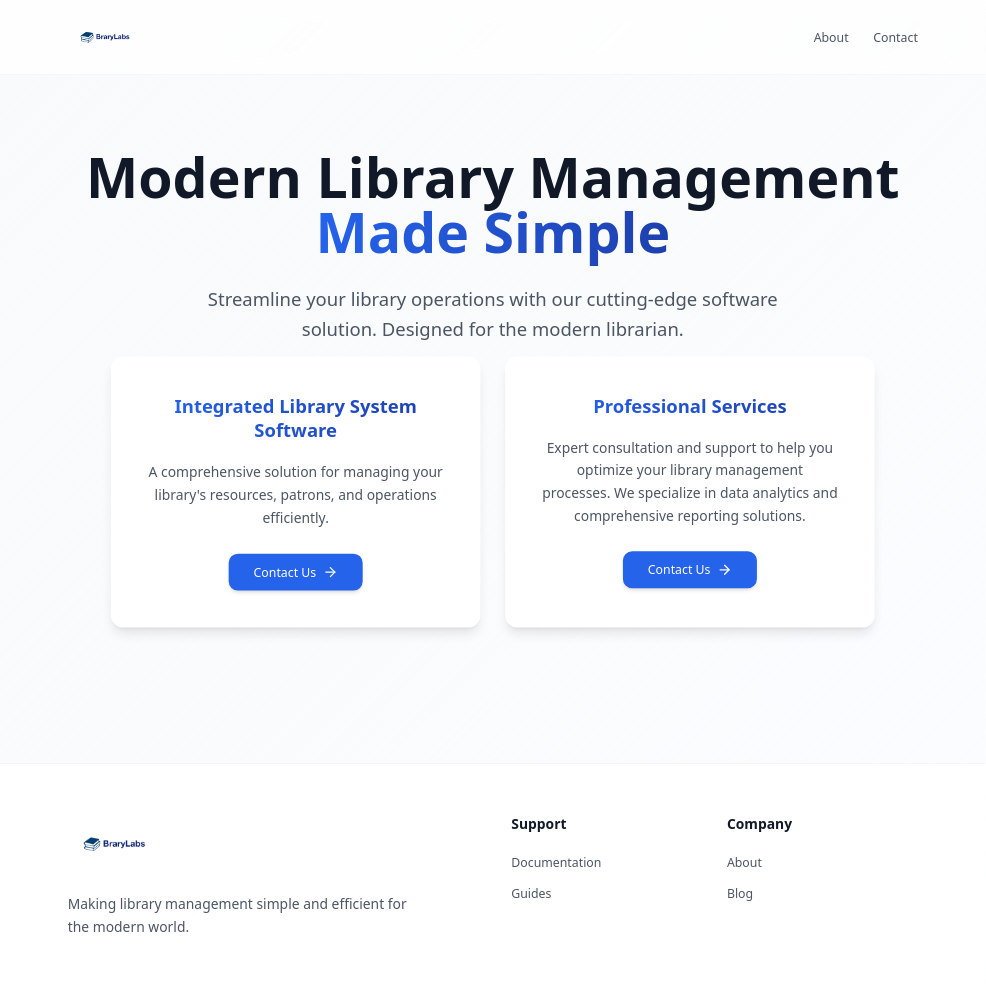
Repository: bgroble14/brarylabs-website
Page: /contact
These files come from the project's save history. The page is drawn as it stood at one moment and after the next save; the edit follows.
The browser window is 1280 px wide. The pictures show the whole page, at 77% of full size.
The project was rebuilt for these pictures with package versions that can differ from the ones it lists, and the page was loaded fresh each time. Also part of the build but not shown: vite.config.ts.

Above is the page before, as saved 2025-01-16 17:18:32.

### src/App.tsx
import React from 'react';
import { Book, ArrowRight } from 'lucide-react';

interface SectionProps {
  title: string;
  description: string;
}

const Section: React.FC<SectionProps> = ({ title, description }) => (
  <div className="w-full p-12 bg-white rounded-2xl shadow-lg hover:shadow-xl transition-all duration-300 flex flex-col items-center text-center relative overflow-hidden group">
    <div className="absolute inset-0 bg-gradient-to-br from-blue-50/50 to-transparent opacity-0 group-hover:opacity-100 transition-opacity duration-300" />

    <div className="relative z-10">
      <h3 className="text-2xl font-semibold mb-6 bg-clip-text text-transparent bg-gradient-to-r from-blue-600 to-blue-800">
        {title}
      </h3>
      <p className="text-gray-600 mb-8 text-lg leading-relaxed max-w-md">
        {description}
      </p>
      <button className="bg-blue-600 text-white px-8 py-3 rounded-xl hover:bg-blue-700 flex items-center mx-auto font-medium shadow-md hover:shadow-lg transition-all duration-300 group/button">
        Contact Us
        <ArrowRight className="ml-2 h-5 w-5 transform group-hover/button:translate-x-1 transition-transform" />
      </button>
    </div>
  </div>
);

function App() {
  return (
    <div className="min-h-screen bg-gradient-to-br from-gray-50 to-blue-50/30">
      {/* Navigation */}
      <nav className="bg-white/80 backdrop-blur-md sticky top-0 z-50 border-b border-gray-100">
        <div className="max-w-6xl mx-auto px-6 py-4">
          <div className="flex justify-between items-center">
            <div className="flex items-center space-x-3">
              <div className="flex items-center group">
                <img
                  src="/logo-transparent.png"
                  alt="BraryLabs Logo"
                  className="h-16 w-auto transform group-hover:scale-110 transition-transform duration-300 mix-blend-multiply"
                />
              </div>
            </div>
            <div className="flex space-x-8">
              <a href="#about" className="text-gray-600 hover:text-blue-600 transition-colors font-medium">About</a>
              <a href="#contact" className="text-gray-600 hover:text-blue-600 transition-colors font-medium">Contact</a>
            </div>
          </div>
        </div>
      </nav>

      {/* Hero Section */}
      <div className="relative overflow-hidden">
        <div className="max-w-6xl mx-auto px-6 pt-24 pb-20">
          <div className="text-center relative z-10">
            <h1 className="text-5xl md:text-7xl font-bold mb-8 leading-tight">
              <span className="text-gray-900">Modern Library Management</span>
              <br />
              <span className="bg-clip-text text-transparent bg-gradient-to-r from-blue-600 to-blue-800">
                Made Simple
              </span>
            </h1>
            <p className="text-2xl text-gray-600 mb-4 max-w-3xl mx-auto font-medium leading-relaxed">
              Streamline your library operations with our cutting-edge software solution.
              Designed for the modern librarian.
            </p>

            {/* Service Sections */}
            <div className="grid md:grid-cols-2 gap-8 max-w-5xl mx-auto px-4">
              <Section
                title="Integrated Library System Software"
                description="A comprehensive solution for managing your library's resources, patrons, and operations efficiently."
              />
              <Section
                title="Professional Services"
                description="Expert consultation and support to help you optimize your library management processes. We specialize in data analytics and comprehensive reporting solutions."
              />
            </div>
          </div>
        </div>
      </div>

      {/* Footer */}
      <footer className="bg-white mt-24 border-t border-gray-100">
        <div className="max-w-6xl mx-auto px-6 py-16">
          <div className="grid md:grid-cols-2 gap-12">
            <div>
              <div className="flex items-center space-x-2 mb-6">
                <img
                  src="/logo-transparent.png"
                  alt="BraryLabs Logo"
                  className="h-20 w-auto mix-blend-multiply"
                />
              </div>
              <p className="text-gray-600 text-lg leading-relaxed max-w-md">
                Making library management simple and efficient for the modern world.
              </p>
            </div>
            <div className="grid grid-cols-2 gap-8">
              <div>
                <h3 className="font-semibold text-lg mb-6 text-gray-900">Support</h3>
                <ul className="space-y-4">
                  <li>
                    <a href="#docs" className="text-gray-600 hover:text-blue-600 transition-colors">
                      Documentation
                    </a>
                  </li>
                  <li>
                    <a href="#guides" className="text-gray-600 hover:text-blue-600 transition-colors">
                      Guides
                    </a>
                  </li>
                </ul>
              </div>
              <div>
                <h3 className="font-semibold text-lg mb-6 text-gray-900">Company</h3>
                <ul className="space-y-4">
                  <li>
                    <a href="#about" className="text-gray-600 hover:text-blue-600 transition-colors">
                      About
                    </a>
                  </li>
                  <li>
                    <a href="#blog" className="text-gray-600 hover:text-blue-600 transition-colors">
                      Blog
                    </a>
                  </li>
                </ul>
              </div>
            </div>
          </div>
        </div>
      </footer>
    </div>
  );
}

export default App;

Loaded but not shown: index.html (common file); src/main.tsx (common file); src/index.css (common file); tailwind.config.js (common file)

After the next save:
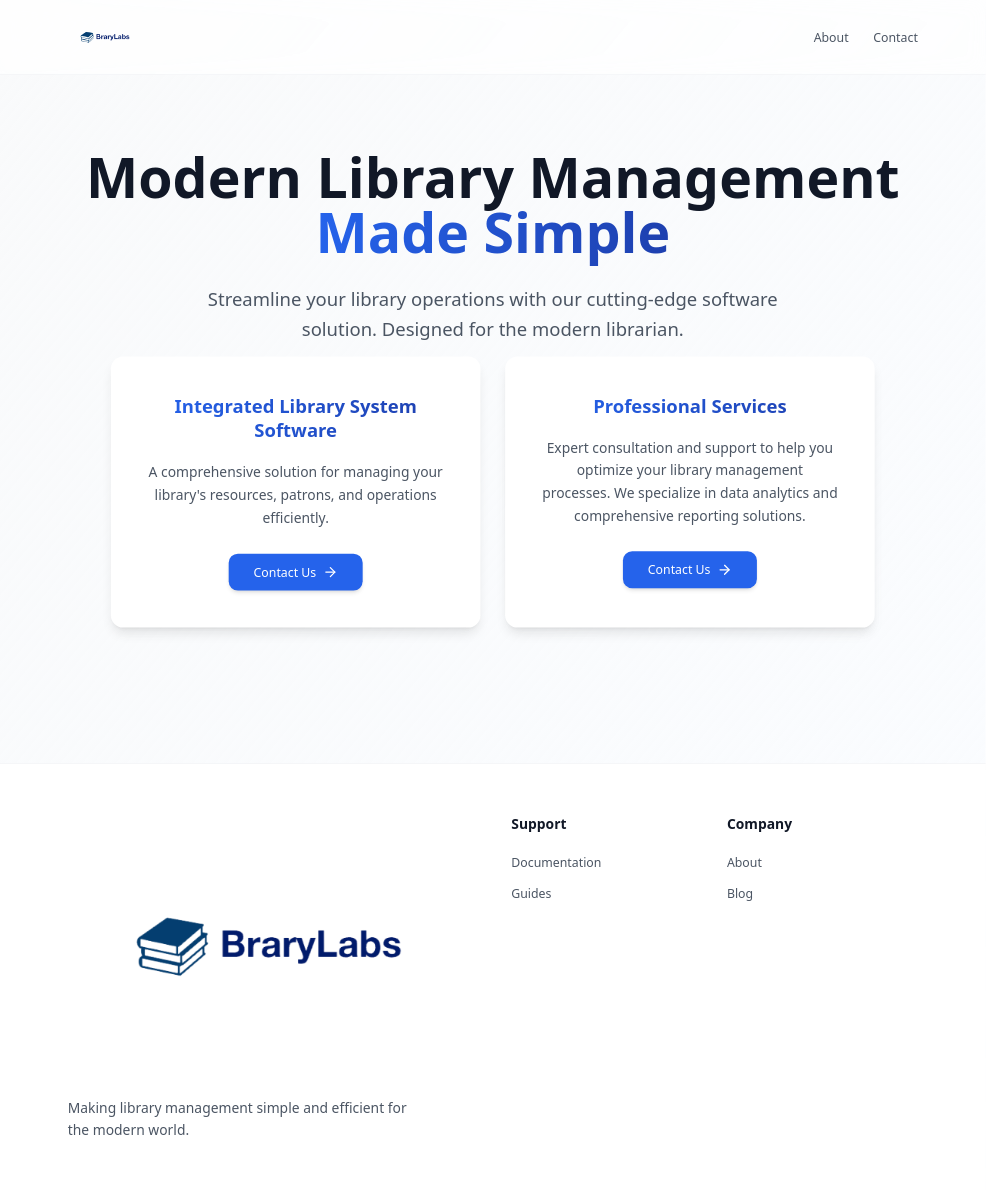
Saved 3 min 38 s later.
--- a/src/App.tsx
+++ b/src/App.tsx
@@ -89,7 +89,7 @@
                 <img
                   src="/logo-transparent.png"
                   alt="BraryLabs Logo"
-                  className="h-20 w-auto mix-blend-multiply"
+                  className="h-50 w-auto mix-blend-multiply"
                 />
               </div>
               <p className="text-gray-600 text-lg leading-relaxed max-w-md">

After the 2 saves that followed:
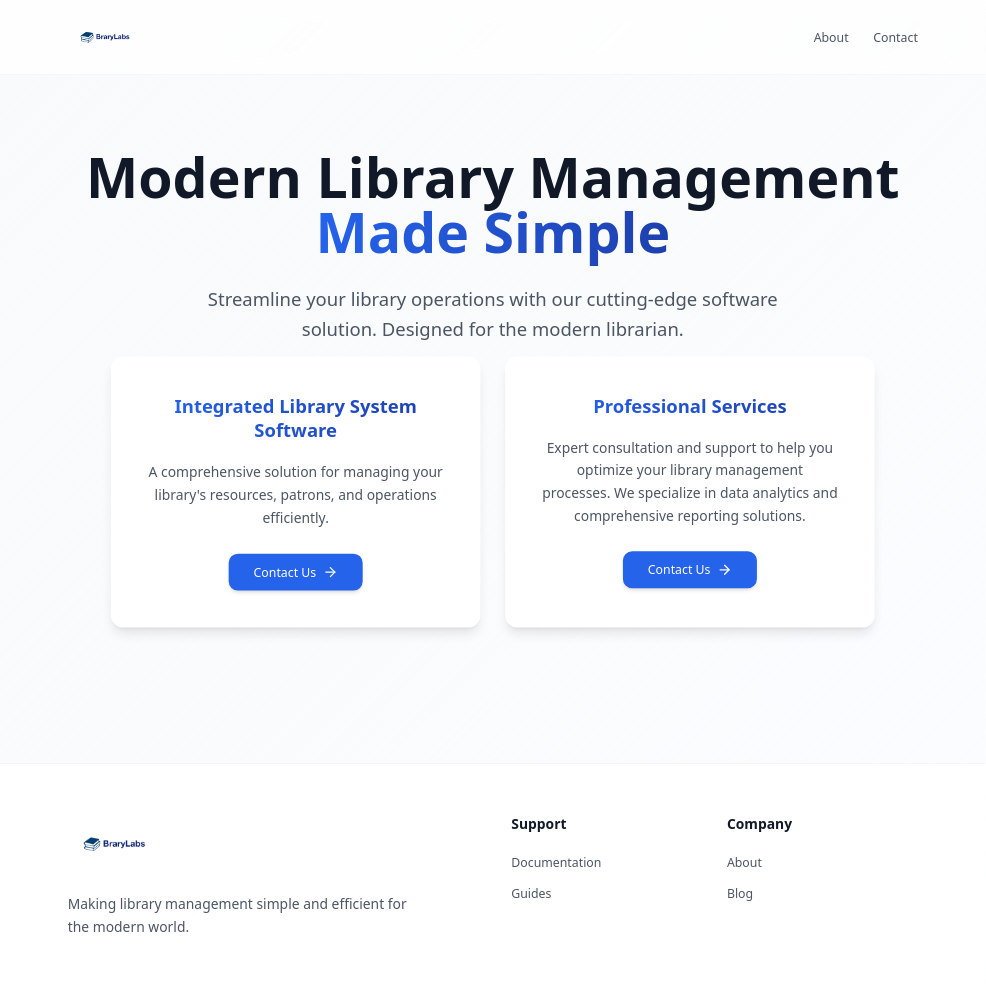
The 2 saves are shown as one change because 1 left the picture as it was.
The last was saved 21 s later.
--- a/src/App.tsx
+++ b/src/App.tsx
@@ -89,7 +89,7 @@
                 <img
                   src="/logo-transparent.png"
                   alt="BraryLabs Logo"
-                  className="h-50 w-auto mix-blend-multiply"
+                  className="h-20 w-auto mix-blend-multiply"
                 />
               </div>
               <p className="text-gray-600 text-lg leading-relaxed max-w-md">
